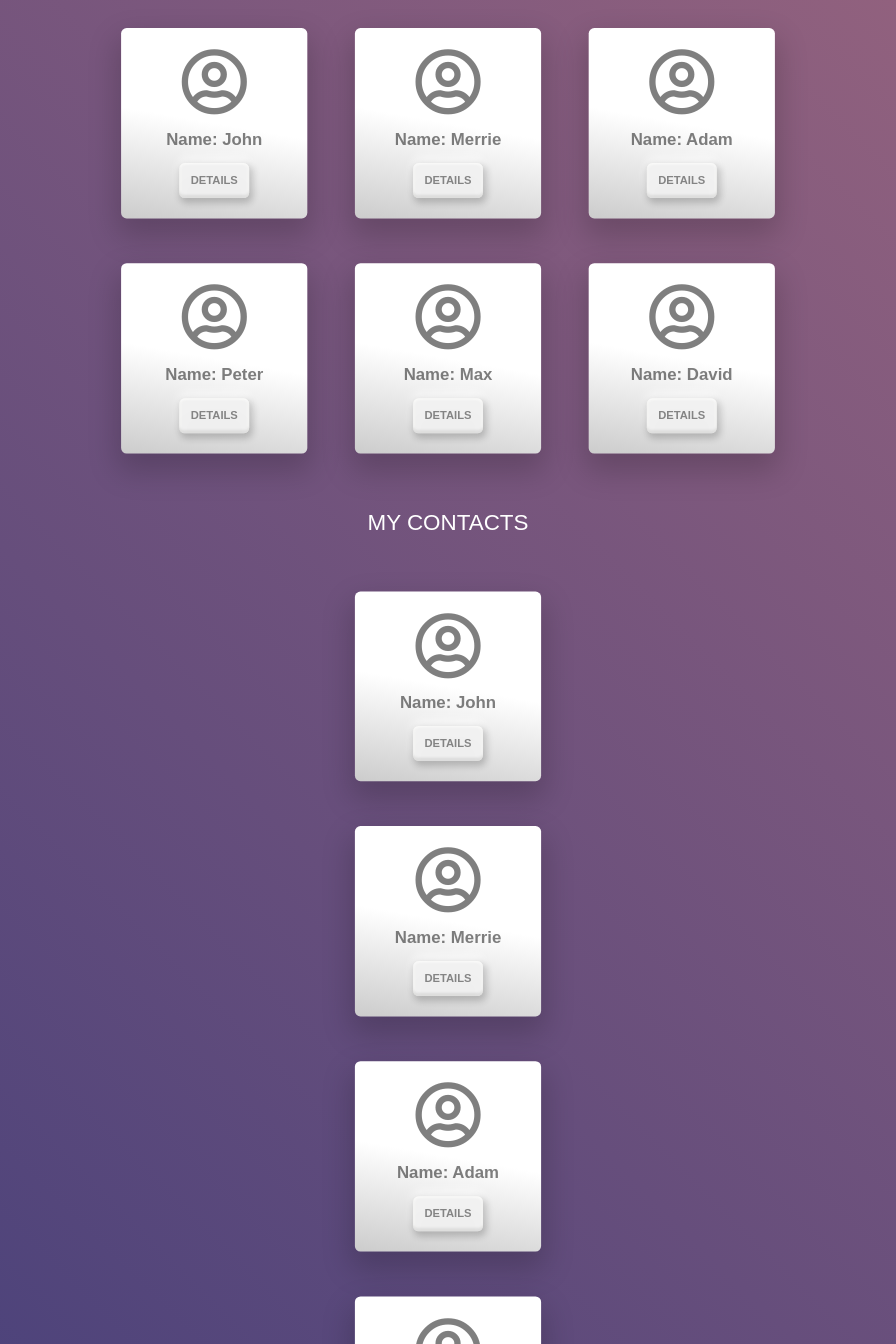
Repository: jenny241093/JS-Core
Page: 03.JSApplications/07.Templating/05. JS-Applications-Templating-Lab-Resources/index.html
An editor plug-in stored every save of this project. The page is shown before and after the next save, followed by the edit.
The browser window is 1280 px wide. The pictures show the part of the page from y = 0 to 1920 px (the page is 2836 px tall before and 2156 px after), at 70% of full size.

Above is the page before, as saved 2019-04-04 12:50:31.

### 03.JSApplications/07.Templating/05. JS-Applications-Templating-Lab-Resources/index.html
<html lang="en">

<head>
    <meta charset="UTF-8">
    <link rel="stylesheet" type="text/css" href="./style.css">
    <script src="https://code.jquery.com/jquery-3.3.1.min.js"></script>
    <script src="./node_modules/handlebars/dist/handlebars.min.js"></script>
    <script src="./contacts.js"></script>
    <script src="./renderContacts.js"></script>
    <link rel="stylesheet" href="https://use.fontawesome.com/releases/v5.7.2/css/all.css" integrity="sha384-fnmOCqbTlWIlj8LyTjo7mOUStjsKC4pOpQbqyi7RrhN7udi9RwhKkMHpvLbHG9Sr" crossorigin="anonymous">
    <title>Contacts</title>
</head>

<body>

    <div class="contacts">
        <div class="contact card">
            <div>
                <i class="far fa-user-circle gravatar"></i>
            </div>
            <div class="info">
                <h2>Name: John</h2>
                <button class="detailsBtn" onclick="showDetails(1)">Details</button>
                <div class="details" id="1" style="display: none;">
                    <p>Phone number: 0847759632</p>
                    <p>Email: john@john.com</p>
                </div>
            </div>
        </div>
        <div class="contact card">
            <div>
                <i class="far fa-user-circle gravatar"></i>
            </div>
            <div class="info">
                <h2>Name: Merrie</h2>
                <button class="detailsBtn" onclick="showDetails(2)">Details</button>
                <div class="details" id="2" style="display: none;">
                    <p>Phone number: 0845996111</p>
                    <p>Email: merrie@merrie.com</p>
                </div>
            </div>
        </div>
        <div class="contact card">
            <div>
                <i class="far fa-user-circle gravatar"></i>
            </div>
            <div class="info">
                <h2>Name: Adam</h2>
                <button class="detailsBtn" onclick="showDetails(3)">Details</button>
                <div class="details" id="3" style="display: none;">
                    <p>Phone number: 0866592475</p>
                    <p>Email: adam@stamat.com</p>
                </div>
            </div>
        </div>
        <div class="contact card">
            <div>
                <i class="far fa-user-circle gravatar"></i>
            </div>
            <div class="info">
                <h2>Name: Peter</h2>
                <button class="detailsBtn" onclick="showDetails(4)">Details</button>
                <div class="details" id="4" style="display: none;">
                    <p>Phone number: 0866592475</p>
                    <p>Email: peter@peter.com</p>
                </div>
            </div>
        </div>
        <div class="contact card">
            <div>
                <i class="far fa-user-circle gravatar"></i>
            </div>
            <div class="info">
                <h2>Name: Max</h2>
                <button class="detailsBtn" onclick="showDetails(5)">Details</button>
                <div class="details" id="5" style="display: none;">
                    <p>Phone number: 0866592475</p>
                    <p>Email: max@max.com</p>
                </div>
            </div>
        </div>
        <div class="contact card">
            <div>
                <i class="far fa-user-circle gravatar"></i>
            </div>
            <div class="info">
                <h2>Name: David</h2>
                <button class="detailsBtn" onclick="showDetails(6)">Details</button>
                <div class="details" id="6" style="display: none;">
                    <p>Phone number: 0866592475</p>
                    <p>Email: david@david.com</p>
                </div>
            </div>
        </div>
    </div>
</body>

</html>

### 03.JSApplications/07.Templating/05. JS-Applications-Templating-Lab-Resources/style.css
html {
  font-family: "Raleway", arial, sans-serif;
  color: rgba(0, 0, 0, 0.5);
  background-size: cover;
  background: linear-gradient(45deg, #3b3b7a, #91617e);
}

.contacts {
  margin: 0 auto;
  text-align: center;
}

button {
  color: rgba(0, 0, 0, 0.45);
  outline: none;
  border: none;
  box-shadow: 3px 5px 10px 2px rgba(0, 0, 0, 0.2), inset 0 -5px 4px -1px rgba(0, 0, 0, 0.1), 0 -10px 15px -1px rgba(255, 255, 255, 0.6), inset 0 3px 4px -1px rgba(255, 255, 255, 0.2), inset 0 0 5px 1px rgba(255, 255, 253, 0.8), inset 0 20px 30px 0 rgba(255, 255, 255, 0.2);
  border-radius: 8px;
  margin: 0 2px;
  text-align: center;
  font-size: 1rem;
  font-weight: bold;
  text-transform: uppercase;
  padding: 16px;
  cursor: pointer;
}

button:hover {
  cursor: pointer;
  background: #F0F0F0;
}

.details {
  text-align: left;
  padding: 1.3em 0 0 1.3em;
}

.card {
  margin: 2rem;
  width: 21%;
  display: inline-block;
  text-align: center;
  background: linear-gradient(10deg, #ccc, #fff 50%);
  box-shadow: 0 1.25rem 2.625rem 0.375rem rgba(0, 0, 0, 0.18);
  border-radius: 0.5rem;
  padding: 29px 0px;
}

.gravatar {
  font-size: 6rem;
}

h1 {
  text-align: center;
  color: white;
  font-weight: 200;
  text-transform: uppercase;
  margin: 3rem;
}

### 03.JSApplications/07.Templating/05. JS-Applications-Templating-Lab-Resources/contacts.js
const contacts = [
    {
        id: 1,
        name: "John",
        phoneNumber: "0847759632",
        email: "john@john.com"
    },
    {
        id: 2,
        name: "Merrie",
        phoneNumber: "0845996111",
        email: "merrie@merrie.com"
    },
    {
        id: 3,
        name: "Adam",
        phoneNumber: "0866592475",
        email: "adam@stamat.com"
    },
    {
        id: 4,
        name: "Peter",
        phoneNumber: "0866592475",
        email: "peter@peter.com"
    },
    {
        id: 5,
        name: "Max",
        phoneNumber: "0866592475",
        email: "max@max.com"
    },
    {
        id: 6,
        name: "David",
        phoneNumber: "0866592475",
        email: "david@david.com"
    }
];

### 03.JSApplications/07.Templating/05. JS-Applications-Templating-Lab-Resources/renderContacts.js
function showDetails(id) {
    $('#${id}').toggle();
}

$(async() => {
    try {
        const contactListHtml = await $.get(`./contact-list.hbs`);
        const contactInfoHtml = await $.get(`./contact-info.hbs`);
        Handlebars.registerPartial(`contactInfo`, contactInfoHtml);
        const template = Handlebars.compile(contactListHtml);

        const renderedHtml = template({ contacts });
        $('body').append(renderedHtml);
    } catch (error) {
        console.log(error);

    }

})

Loaded but not shown: 03.JSApplications/07.Templating/05. JS-Applications-Templating-Lab-Resources/node_modules/handlebars/dist/handlebars.min.js (library)

After the next save:
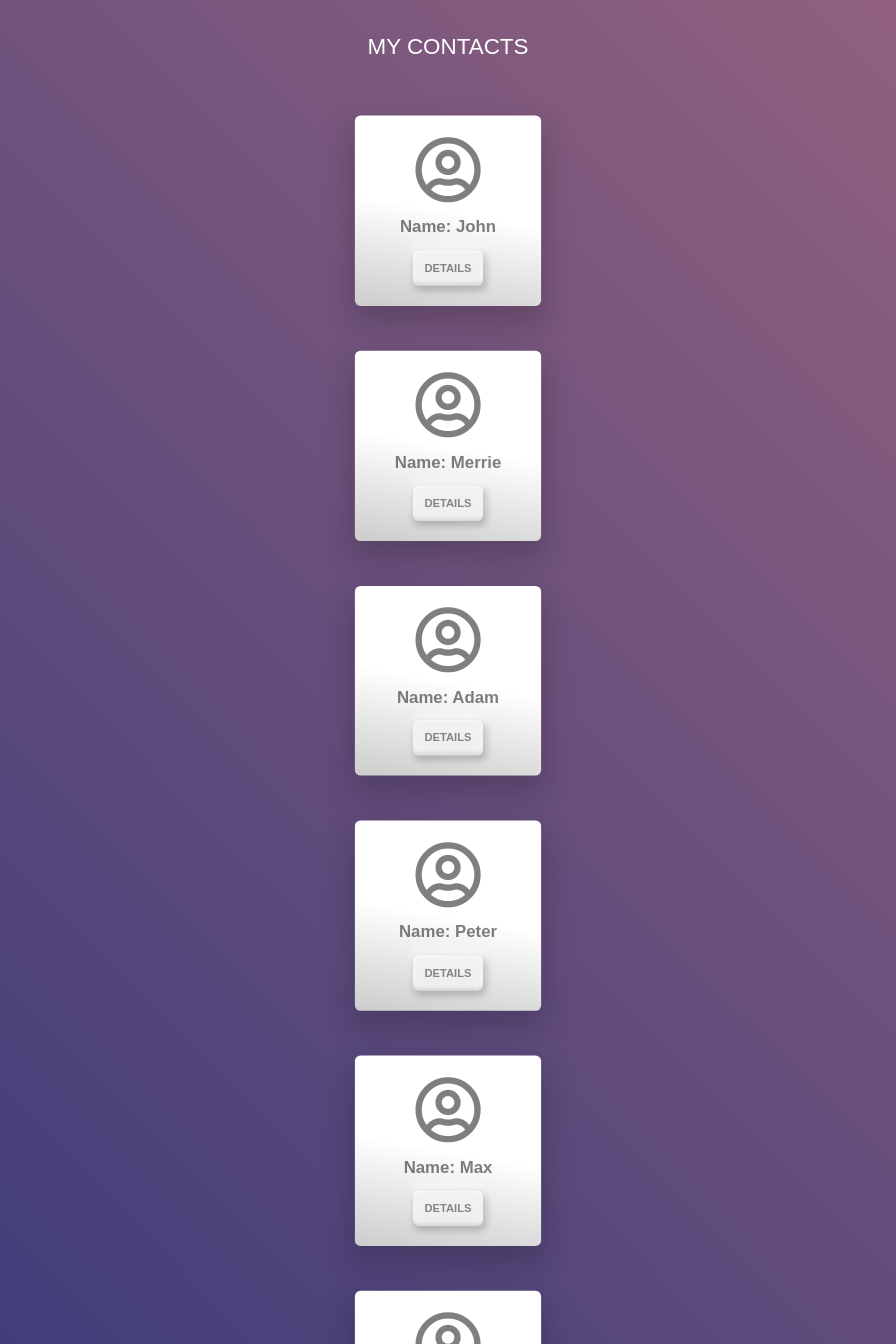
Saved 10 s later.
--- a/03.JSApplications/07.Templating/05. JS-Applications-Templating-Lab-Resources/index.html
+++ b/03.JSApplications/07.Templating/05. JS-Applications-Templating-Lab-Resources/index.html
@@ -13,86 +13,7 @@
 
 <body>
 
-    <div class="contacts">
-        <div class="contact card">
-            <div>
-                <i class="far fa-user-circle gravatar"></i>
-            </div>
-            <div class="info">
-                <h2>Name: John</h2>
-                <button class="detailsBtn" onclick="showDetails(1)">Details</button>
-                <div class="details" id="1" style="display: none;">
-                    <p>Phone number: 0847759632</p>
-                    <p>Email: john@john.com</p>
-                </div>
-            </div>
-        </div>
-        <div class="contact card">
-            <div>
-                <i class="far fa-user-circle gravatar"></i>
-            </div>
-            <div class="info">
-                <h2>Name: Merrie</h2>
-                <button class="detailsBtn" onclick="showDetails(2)">Details</button>
-                <div class="details" id="2" style="display: none;">
-                    <p>Phone number: 0845996111</p>
-                    <p>Email: merrie@merrie.com</p>
-                </div>
-            </div>
-        </div>
-        <div class="contact card">
-            <div>
-                <i class="far fa-user-circle gravatar"></i>
-            </div>
-            <div class="info">
-                <h2>Name: Adam</h2>
-                <button class="detailsBtn" onclick="showDetails(3)">Details</button>
-                <div class="details" id="3" style="display: none;">
-                    <p>Phone number: 0866592475</p>
-                    <p>Email: adam@stamat.com</p>
-                </div>
-            </div>
-        </div>
-        <div class="contact card">
-            <div>
-                <i class="far fa-user-circle gravatar"></i>
-            </div>
-            <div class="info">
-                <h2>Name: Peter</h2>
-                <button class="detailsBtn" onclick="showDetails(4)">Details</button>
-                <div class="details" id="4" style="display: none;">
-                    <p>Phone number: 0866592475</p>
-                    <p>Email: peter@peter.com</p>
-                </div>
-            </div>
-        </div>
-        <div class="contact card">
-            <div>
-                <i class="far fa-user-circle gravatar"></i>
-            </div>
-            <div class="info">
-                <h2>Name: Max</h2>
-                <button class="detailsBtn" onclick="showDetails(5)">Details</button>
-                <div class="details" id="5" style="display: none;">
-                    <p>Phone number: 0866592475</p>
-                    <p>Email: max@max.com</p>
-                </div>
-            </div>
-        </div>
-        <div class="contact card">
-            <div>
-                <i class="far fa-user-circle gravatar"></i>
-            </div>
-            <div class="info">
-                <h2>Name: David</h2>
-                <button class="detailsBtn" onclick="showDetails(6)">Details</button>
-                <div class="details" id="6" style="display: none;">
-                    <p>Phone number: 0866592475</p>
-                    <p>Email: david@david.com</p>
-                </div>
-            </div>
-        </div>
-    </div>
+
 </body>
 
 </html>
